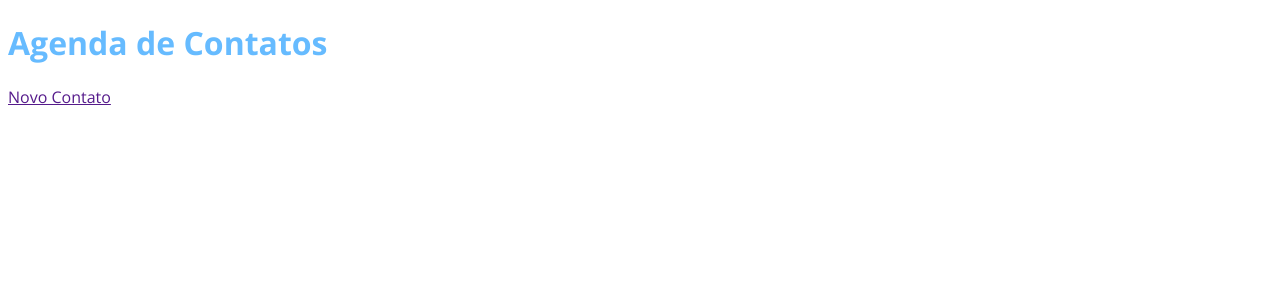
Repository: MarcoMoura21/agenda
Page: http://localhost/agenda/agenda.jsp
These files come from the project's save history. The page is drawn as it stood at one moment and after the next save; the edit follows.
The browser window is 1280 px wide. The pictures show the whole page.
The page is served by Tomcat 9.

Above is the page before, as saved 2022-10-11 14:54:07.

After the next save:
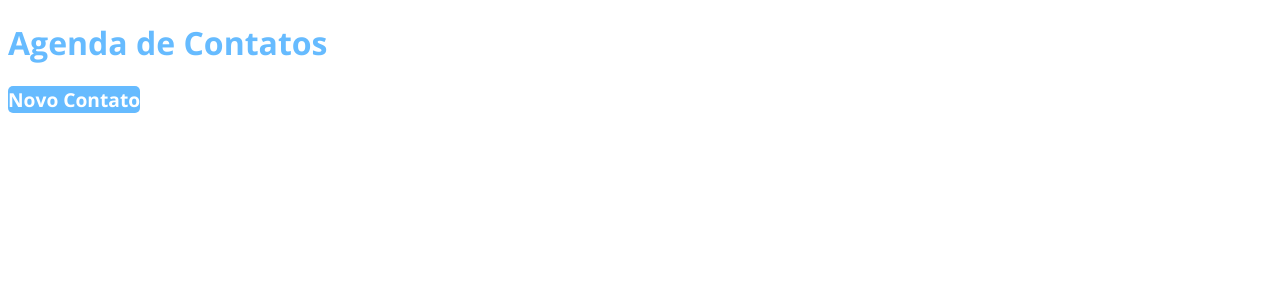
Saved 34 s later.
--- a/agenda/src/main/webapp/agenda.jsp
+++ b/agenda/src/main/webapp/agenda.jsp
@@ -10,6 +10,6 @@
 </head>
 <body>
 	<h1>Agenda de Contatos</h1>
-	<a href="">Novo Contato</a>
+	<a href="" class="botao1">Novo Contato</a>
 </body>
 </html>
